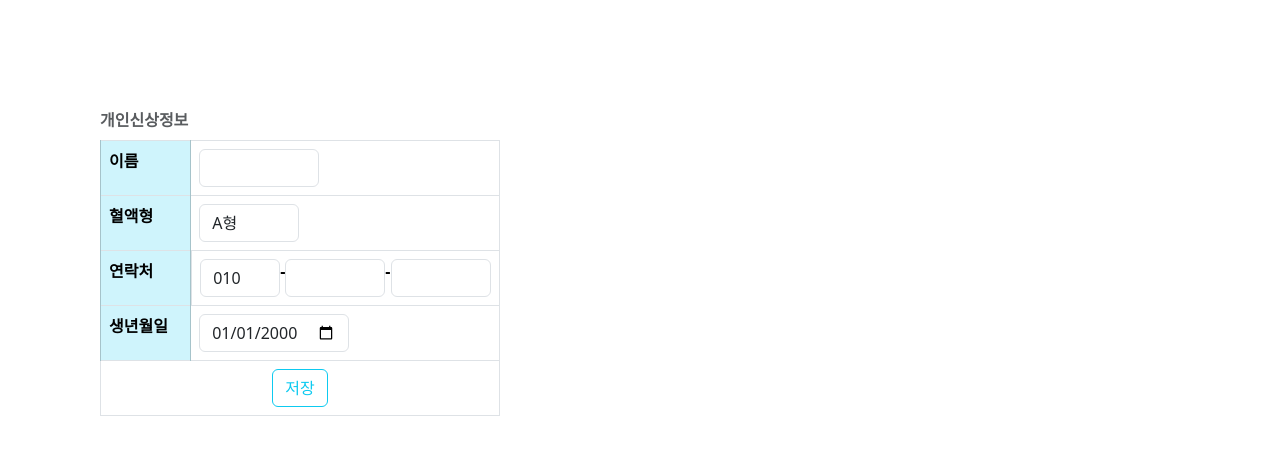
Repository: JunbroGit/SistProject
Page: http://localhost/jsaAjaxProject/myinfo/updateForm.jsp
These files come from the project's save history. The page is drawn as it stood at one moment and after the next save; the edit follows.
The browser window is 1280 px wide. The pictures show the whole page.
Some web fonts or font styles are not loaded; a fallback is used. The page is served by Tomcat 9.

Above is the page before, as saved 2024-03-12 02:46:07.

After the next save:
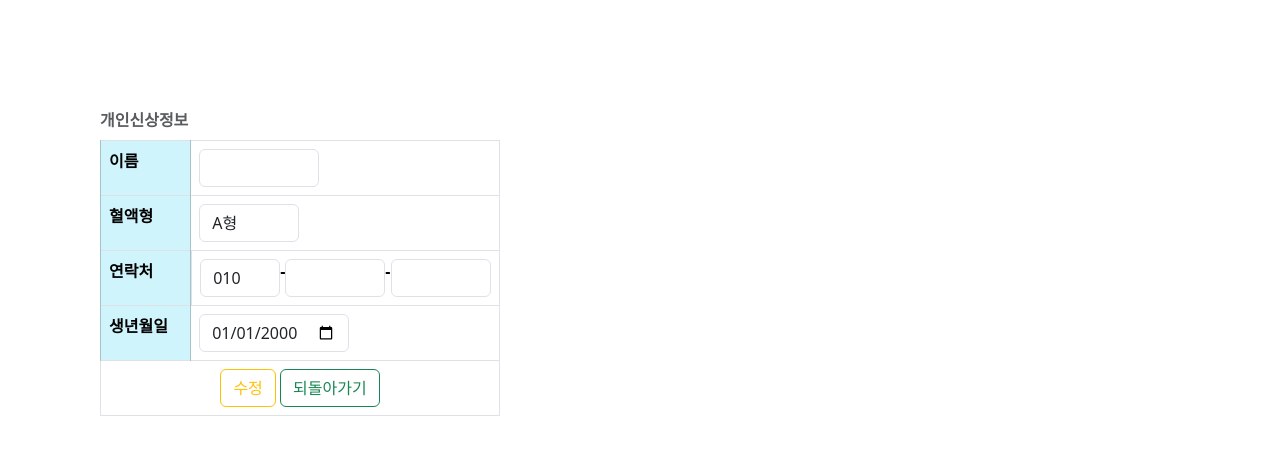
Saved 26 s later.
--- a/jspwork/jsaAjaxProject/src/main/webapp/myinfo/updateForm.jsp
+++ b/jspwork/jsaAjaxProject/src/main/webapp/myinfo/updateForm.jsp
@@ -65,7 +65,8 @@
 
 				<tr>
 					<td colspan="2" align="center">
-						<input type="submit" value="저장" class="btn btn-outline-info">
+						<input type="submit" value="수정" class="btn btn-outline-warning">
+						<input type="button" value="되돌아가기" class="btn btn-outline-success">
 					</td>
 				</tr>
 		</table>
